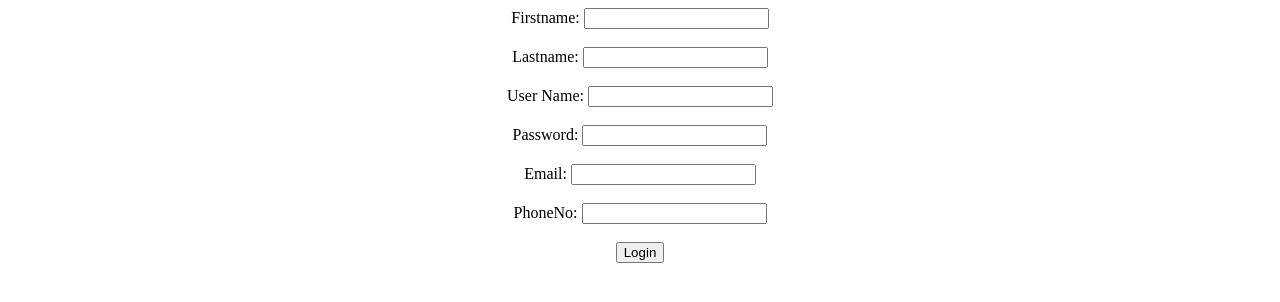
Repository: PramitaDash/project
Page: Servlet/OtpProject/Otp/src/main/webapp/AddCustomer.html
The author's editor kept a copy of each file at every save. The page is drawn from the files as they stood at one save, then again after the next save.
The browser window is 1280 px wide. The pictures show the whole page.

Above is the page before, as saved 2023-09-24 17:29:25.

### Servlet/OtpProject/Otp/src/main/webapp/AddCustomer.html
<!DOCTYPE html>
<html>
<head>
<meta charset="ISO-8859-1">
<title>Insert title here</title>
</head>
<body>
	<form method="post" action="AddCustomerServlet">
		<center>
			Firstname:
			<input type="text" name="fisrtname"/><br/><br/>
			Lastname:
			<input type="text" name="lastname"/><br/><br/>
			User Name:
			<input type="text" name="userName"/><br/><br/>
			Password:
			<input type="password" name="passWord"/><br/><br/>
			Email:
			<input type="email" name="email"/><br/><br/>
			PhoneNo:
			<input type="text" name="phoneno"/><br/><br/>
			<input type="submit" value="Login"/>
		</center>
	</form>

</body>
</html>

After the next save:
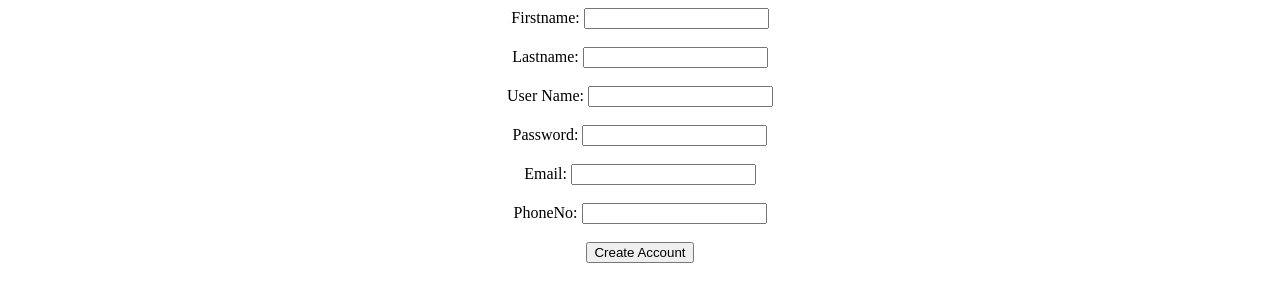
Saved 13 s later.
--- a/Servlet/OtpProject/Otp/src/main/webapp/AddCustomer.html
+++ b/Servlet/OtpProject/Otp/src/main/webapp/AddCustomer.html
@@ -19,7 +19,7 @@
 			<input type="email" name="email"/><br/><br/>
 			PhoneNo:
 			<input type="text" name="phoneno"/><br/><br/>
-			<input type="submit" value="Login"/>
+			<input type="submit" value="Create Account"/>
 		</center>
 	</form>
 
